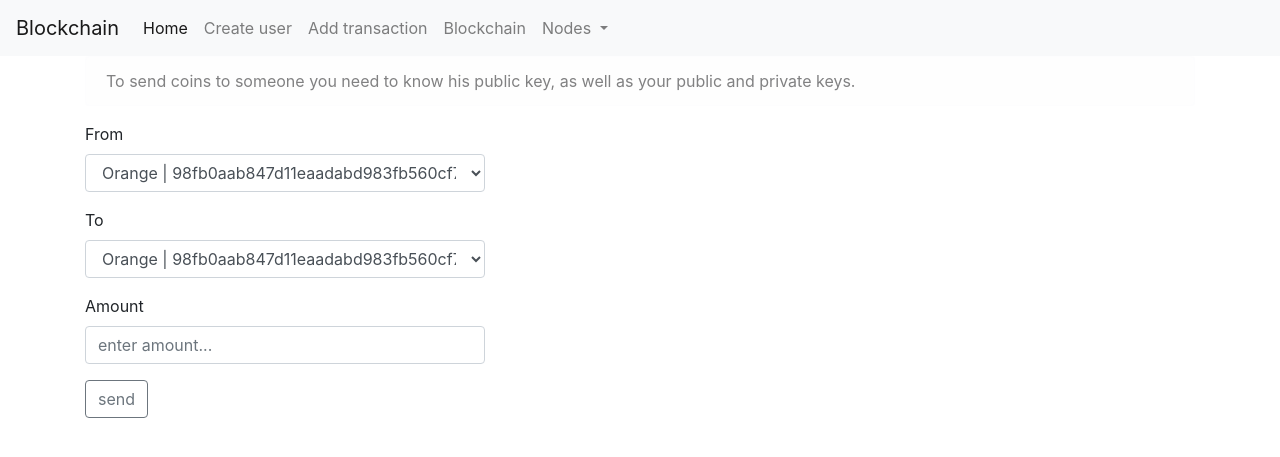
Repository: ivan151/blockchain
Page: http://localhost/transaction/
An editor plug-in stored every save of this project. The page is shown before and after the next save, followed by the edit.
The browser window is 1280 px wide. The pictures show the whole page.
The page is served by the project's application, run on Flask 3 (main.py). Other server files are loaded and not shown. The page reads the database file committed with the project.

Above is the page before, as saved 2020-04-26 11:00:45.

### templates/transactions.html
{% extends 'base.html' %}

{% block transacton %}
<div class="alert alert-light" role="alert">
    To send coins to someone you need to know his public key, as well as your public and private keys.
  </div>
<div class="form-box my-form">

    <form action-'/transaction' method="POST">
        <div class="form-group">
        <label for="exampleInputPassword1" >From</label>
        <select class="form-control" id="exampleFormControlSelect1" name="from">


                {% for user in users %}
                <option >{{user.name}} | {{user.private_key}}</option>
                {% endfor %}
        </select>
        </div>
        <div class="form-group" >
            <label for="exampleInputPassword1">To</label>
            <select class="form-control" id="exampleFormControlSelect1" name="to">


                {% for user in users %}
                <option >{{user.name}} | {{user.private_key}}</option>
                {% endfor %}
            </select>
            </div>
        <div class="form-group">
            <label for="exampleInputPassword1">Amount</label>
            <input type="text" class="form-control" id="amount" placeholder="enter amount..." name="amount">
        </div>
        <a href="{{url_for('private')}}"><button type="button" class="btn btn-outline-secondary">send</button></a>
    </form>
</div>
<p>{{confirm}}</p>
{% endblock %}

### templates/base.html
<!DOCTYPE html>
<html lang="en">
<head>
    <meta charset="UTF-8">
    <meta name="viewport" content="width=device-width, initial-scale=1.0">
    <link rel="stylesheet" href="{{ url_for('static', filename='css/bootstrap.min.css') }}">
    <link rel="stylesheet" href="{{ url_for('static', filename='css/style.css') }}">


    <title>Document</title>
</head>
<body>
    <nav class="navbar navbar-expand-lg navbar-light bg-light">
        <a class="navbar-brand" href="#">Blockchain</a>
        <button class="navbar-toggler" type="button" data-toggle="collapse" data-target="#navbarNav" aria-controls="navbarNav" aria-expanded="false" aria-label="Toggle navigation">
          <span class="navbar-toggler-icon"></span>
        </button>
        <div class="collapse navbar-collapse" id="navbarNav">
          <ul class="navbar-nav">
            <li class="nav-item active">
              <a class="nav-link" href="{{url_for('index')}}">Home <span class="sr-only">(current)</span></a>
            </li>
            <li class="nav-item">
              <a class="nav-link" href="{{url_for('create_user')}}">Create user</a>
            </li>
            <li class="nav-item">
              <a class="nav-link" href="{{url_for('transaction')}}">Add transaction</a>
            </li>

              <li class="nav-item">
                <a class="nav-link" href="{{url_for('blockchain')}}">Blockchain</a>
              </li>
              <li class="nav-item dropdown">
                <a class="nav-link dropdown-toggle" href="#" id="navbarDropdown" role="button" data-toggle="dropdown" aria-haspopup="true" aria-expanded="false">
                  Nodes
                </a>
                <div class="dropdown-menu" aria-labelledby="navbarDropdown">
                  <a class="dropdown-item" href="/nodes/1/">Node1</a>
                  <a class="dropdown-item" href="/nodes/2/">Node2</a>
                  <a class="dropdown-item" href="/nodes/3/">Node3</a>
                  <a class="dropdown-item" href="/nodes/4/">Node4</a>
                  <a class="dropdown-item" href="/nodes/5/">Node5</a>
                  <a class="dropdown-item" href="/nodes/6/">Node6</a>
                </div>
              </li>
          </ul>
        </div>
      </nav>
    <div class="container my-container">
    {% block content %}{% endblock %}
    {% block transacton %} {% endblock %}
    {% block private %} {% endblock %}
    {% block create %} {% endblock %}
    {% block blockchain %}{% endblock %}
    {% block integrity %}{% endblock %}
    {% block node %}{% endblock %}
    {% block edit %}{% endblock %}
    </div>

    <script src="https://code.jquery.com/jquery-3.3.1.slim.min.js" integrity="sha384-q8i/X+965DzO0rT7abK41JStQIAqVgRVzpbzo5smXKp4YfRvH+8abtTE1Pi6jizo" crossorigin="anonymous"></script>
    <script src="https://cdnjs.cloudflare.com/ajax/libs/popper.js/1.14.7/umd/popper.min.js" integrity="sha384-UO2eT0CpHqdSJQ6hJty5KVphtPhzWj9WO1clHTMGa3JDZwrnQq4sF86dIHNDz0W1" crossorigin="anonymous"></script>
    <script src="https://stackpath.bootstrapcdn.com/bootstrap/4.3.1/js/bootstrap.min.js" integrity="sha384-JjSmVgyd0p3pXB1rRibZUAYoIIy6OrQ6VrjIEaFf/nJGzIxFDsf4x0xIM+B07jRM" crossorigin="anonymous"></script>
</body>
</html>

### main.py
from flask import Flask
from flask import render_template, redirect, request, url_for, session
from flask_sqlalchemy import SQLAlchemy
from functions import node_dirs, write_block, write_block_to_nodes, change_block, get_hash, int_and_sort, check_integrity
from functions import blockchain_dir, nodes_route, restore_integrity, create_private_key, create_public_key
import random
import uuid
import json
import os
import hashlib

app = Flask(__name__)
app.config['SQLALCHEMY_DATABASE_URI'] = 'sqlite:///mydb.db'
app.config['SECRET_KEY'] = '3d6f45a5fc12445dbac2f59c3b6c7cb1'
db = SQLAlchemy(app)

SQLALCHEMY_TRACK_MODIFICATIONS = False


class User(db.Model):
    id = db.Column(db.Integer, primary_key=True)
    name = db.Column(db.String(100), nullable=False)
    public_key = db.Column(db.String(100), nullable=False)
    private_key = db.Column(db.String(100), nullable=False)
    balance = db.Column(db.Integer)

    def __repr__(self):
        return 'User' + str(self.id)


@app.route('/', methods=['GET'])
def index():
        return render_template('index.html')


@app.route('/create/')
def create_user():
    if request.method == 'POST':
        name = request.form['name']
        new_user = User(name=name, public_key=create_public_key,
                        private_key=create_private_key, balance=100)
        db.session.add(new_user)
        db.session.commit()
        return redirect('/create/')
    else:
        all_users = User.query.order_by(User.id).all()
        return render_template('create.html', users=all_users)


@app.route('/transaction/', methods=['GET', 'POST'])
def transaction():
    users = User.query.all()
    if request.method == 'POST':
        session['sender_public_key'] = request.form['from']
        session['receiver_public_key'] = request.form['to']
        session['amount'] = request.form['amount']
        return redirect(url_for('.private'))
    elif request.method == 'GET':
        return render_template('transactions.html', users = users)


@app.route('/transaction/private/', methods=['GET', 'POST'])
def private():
    amount = session.get('amount')
    sender_public_key = session.get('sender_public_key')
    receiver_public_key = session.get('receiver_public_key')
    sender = User.query.filter_by(public_key=sender_public_key).first()
    #receiver = User.query.filter_by(public_key=receiver_public_key).first()
    if request.method == 'GET':
        return render_template('private.html', amount=amount,
        from_whom=sender_public_key, to_whom=receiver_public_key,
        sender_private_key=sender.private_key)
    elif request.method == 'POST':
        input_private_key = request.form['private']
        nodes_numbers = []
        for i in range(1, 7):
            nodes_numbers.append(request.form.get(f'node{i}'))
        if input_private_key == sender.private_key:
            if nodes_numbers.count(None) < 3:
                block_data = write_block(from_who=sender_public_key,
                            to_whom=receiver_public_key, amount=amount)
                write_block_to_nodes(from_who=sender_public_key,
                            to_whom=receiver_public_key, amount=amount)
                return render_template('private.html', block = block_data, confirmation='Transaction added to the blockchain!')
            else:
                return render_template('private.html', deny = "Not enough nodes to change the blockchain!")
        else:
            wrong = 'The Private Key is incorrect'
            return render_template('private.html', wrong=wrong)


@app.route('/blockchain/', methods=['GET'])
def blockchain():
    blocks_dict = {}
    files = int_and_sort(os.listdir(blockchain_dir))
    for filename in reversed(files[1:]):
        block = json.load(open(blockchain_dir + str(filename), 'rb'))
        blocks_dict[filename] = block
    return render_template('blockchain.html', blocks=blocks_dict)


@app.route('/integrity/', methods=['GET'])
def integrity():
    results = check_integrity()
    return render_template('integrity.html', results=results)


@app.route('/blockchain/edit/<int:num>', methods=['GET', 'POST'])
def edit(num):
    block_number = num
    files = int_and_sort(os.listdir(blockchain_dir))
    last_file = files[-1]
    blockchain_filename = blockchain_dir + str(num)
    block = json.load(open( blockchain_filename, 'rb'))
    if request.method == 'GET':
        return render_template('edit.html', block=block, number=num, last_file=last_file)
    else:
        if block_number == last_file:

            nodes_numbers = []
            for i in range(1, 7):
                nodes_numbers.append(request.form.get(f'node{i}'))
            if nodes_numbers.count(None) < 3:
                from_who = request.form['from']
                to_whom = request.form['to']
                amount = request.form['amount']
                new_hash = request.form['hash']
                change_block(block_number, from_who,  to_whom, amount, new_hash)
                return render_template('edit.html', edited='BLOCK IS CHANGED!', number=num, block=block,last_file = last_file)
            else:
                return render_template('edit.html', deny='YOU CANT CHANGE THIS BLOG WITHOUT ACCESS TO ENOUGH NUMBER OF NODES!', number=num, block=block,last_file = last_file)
        else:
            from_who = request.form['from']
            to_whom = request.form['to']
            amount = request.form['amount']
            new_hash = request.form['hash']
            change_block(block_number, from_who,  to_whom, amount, new_hash)
            return render_template('edit.html', edited='You have changed the block!', number=num, block=block)


@app.route('/nodes/<int:i>/')
def node(i):
    n = i
    if n in range(1, len(node_dirs())+1):
        node = nodes_route + str(n) + '/'
        files = int_and_sort(os.listdir(node))
        blocks_dict = {}
        for filename in reversed(files[1:]):
            block = json.load(open(node + str(filename), 'rb'))
            blocks_dict[filename] = block
        return render_template('node.html', blocks=blocks_dict, number=n)

@app.route('/restore', methods=['GET'])
def restore():
    restore_integrity()
    return redirect('/integrity/')


if __name__ == "__main__":
    app.run(debug=True)

### static/css/style.css
.my-form {
  width: 400px;
}

### mydb.db (the tables this page reads, as SQL)
CREATE TABLE user (
	id INTEGER NOT NULL, 
	name VARCHAR(100) NOT NULL, 
	public_key VARCHAR(100) NOT NULL, 
	private_key VARCHAR(100) NOT NULL, 
	balance INTEGER, 
	PRIMARY KEY (id)
);
INSERT INTO "user" VALUES
(1, 'Orange', '98fb0aaa847d11eaadabd983fb560cf7', '98fb0aab847d11eaadabd983fb560cf7', -7190001206),
(2, 'Иван', '9fa25912847d11eaadabd983fb560cf7', '9fa25913847d11eaadabd983fb560cf7', 523334422),
(3, 'Иван', '0ef2719284df11eaadabd983fb560cf7', '0ef2719384df11eaadabd983fb560cf7', 26),
(4, 'Evgeny', '174ebb9e859c11eaadabd983fb560cf7', '174ebb9f859c11eaadabd983fb560cf7', 6666667158),
(5, 'Petr', 'a21efb04864011eaadabd983fb560cf7', 'a21efb05864011eaadabd983fb560cf7', 100);

Loaded but not shown: static/css/bootstrap.min.css (library)

After the next save:
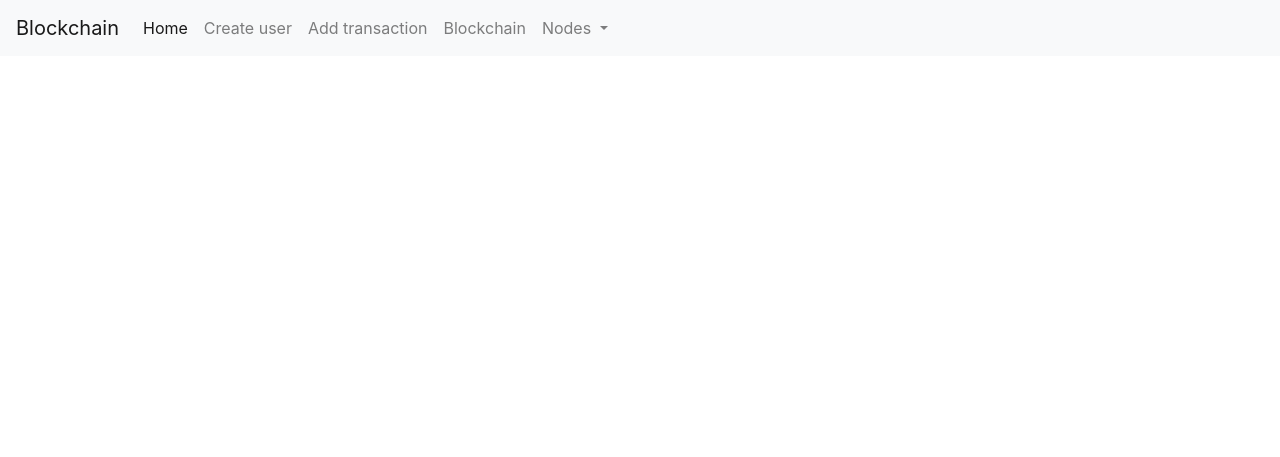
Saved 2 min 1 s later.
--- a/templates/transactions.html
+++ b/templates/transactions.html
@@ -1,6 +1,6 @@
 {% extends 'base.html' %}
 
-{% block transacton %}
+{% block transaction %}
 <div class="alert alert-light" role="alert">
     To send coins to someone you need to know his public key, as well as your public and private keys.
   </div>

After the save that followed:
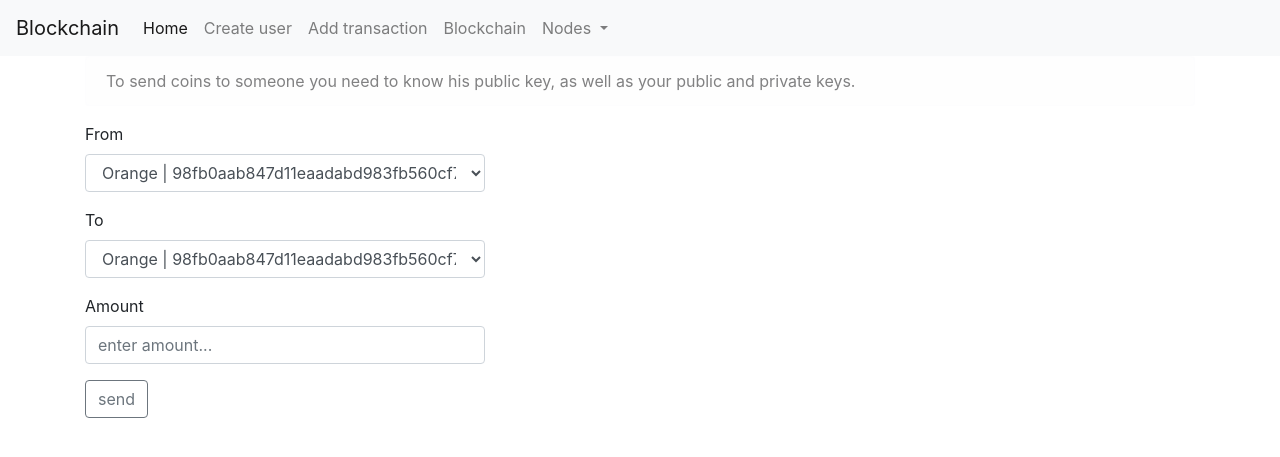
Saved 7 s later.
--- a/templates/transactions.html
+++ b/templates/transactions.html
@@ -1,6 +1,6 @@
 {% extends 'base.html' %}
 
-{% block transaction %}
+{% block transacton %}
 <div class="alert alert-light" role="alert">
     To send coins to someone you need to know his public key, as well as your public and private keys.
   </div>
